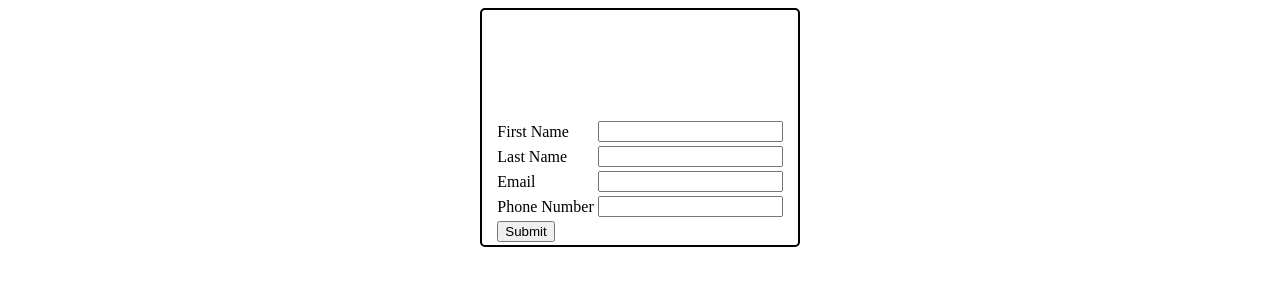
Repository: Jeevith-U/Advance-Java
Page: http://localhost/JSPTags/login1.jsp
An editor plug-in stored every save of this project. The page is shown before and after the next save, followed by the edit.
The browser window is 1280 px wide. The pictures show the whole page.
The page is served by Tomcat 9.

Above is the page before, as saved 2023-08-19 04:15:36.

After the next save:
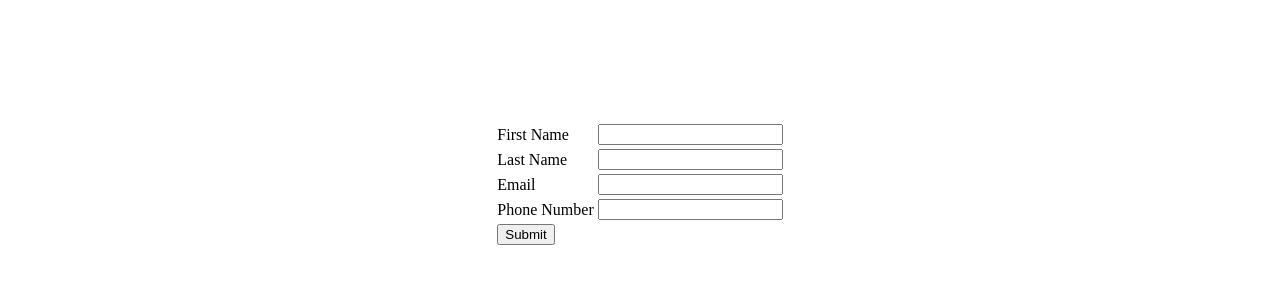
Saved 10 min 5 s later.
--- a/JSPTags/src/main/webapp/login1.jsp
+++ b/JSPTags/src/main/webapp/login1.jsp
@@ -1,24 +1,30 @@
 <%@ page language="java" contentType="text/html; charset=ISO-8859-1"
 	pageEncoding="ISO-8859-1"%>
+
 <!DOCTYPE html>
 <html>
 <head>
 <style>
-#table{
-border: 2px solid;
-border-radius: 5px ;
+table{
+/* border: 2px solid;
+border-radius: 5px ; */
 width: 25%;
 margin: auto;
+margin-top: 5px;
 display: flex;
 flex-direction: column;
 align-items: center;
 justify-content: space-around;
-padding-top: -200px ;
+/* padding-top: -200px ; */
 }
 
 tr{
-margin-top: -250px ;
+/* margin-top: -250px ; */
 }
+.data{
+    margin-top: 5px;
+}
+
 </style>
 <meta charset="ISO-8859-1">
 <title>Insert title here</title>
@@ -28,6 +34,7 @@ margin-top: -250px ;
 	<form action="read" method="get" border = "" id = "table">
 
 		<table>
+            <div class="data">
 			<tr>
 				<td><label for="fname">First Name</label></td>
 				<td><input type="text" id="fname" name="fname"></td>
@@ -51,8 +58,9 @@ margin-top: -250px ;
 			<br>
 			<br>
 			<tr>
-				<td><input type="submit" value="Submit"></td>
+				<td style="margin-left: 50px;"><input type="submit" value="Submit"></td>
 			</tr>
+        </div>
 		</table>
 	</form>
 </body>
